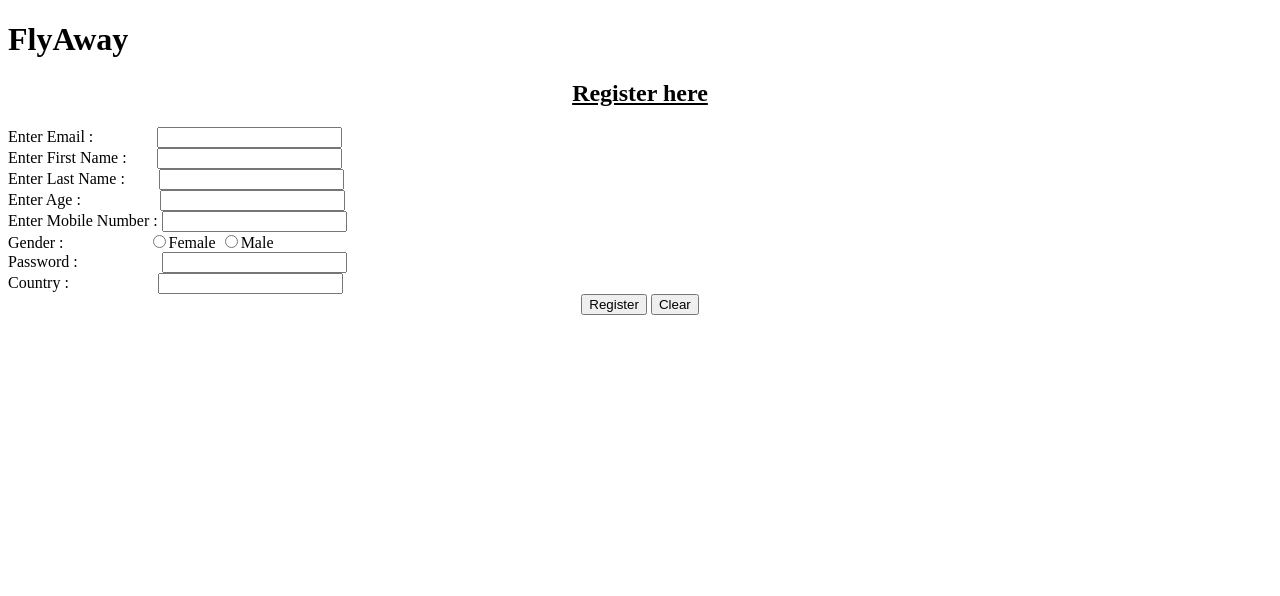
Repository: KartikMuchakandimath/Flyaway
Page: http://localhost/FlayAway/
The author's editor kept a copy of each file at every save. The page is drawn from the files as they stood at one save, then again after the next save.
The browser window is 1280 px wide. The pictures show the whole page.
The page is served by Tomcat 9. Other server files are loaded and not shown.

Above is the page before, as saved 2022-04-22 19:36:48.

### FlayAway/src/main/webapp/Registration.jsp
<%@ page language="java" contentType="text/html; charset=ISO-8859-1"
    pageEncoding="ISO-8859-1"%>
<!DOCTYPE html>
<html>
<head>
<meta charset="ISO-8859-1">
<title>Insert title here</title>
</head>
<body>
<div class="head">
	<h1>FlyAway</h1>
</div>
<div class="register-box">
	<div>
	<h2><center><u>Register here</u></center></h2>
	</div>
	<div>
		<form action="Register" method="post">
			<label style="padding-right: 60px;">Enter Email : </label><input type="email" name="email" required="required"><br>
			<label style="padding-right: 30px;">Enter First Name :</label><input type="text" name="fname" required="required"><br>
			<label style="padding-right: 30px;">Enter Last Name : </label><input type="text" name="lname" required="required"><br>
			<label style="padding-right: 75px;">Enter Age : </label><input type="number" name="age" maxlength="2" required="required">	<br>
			<label>Enter Mobile Number : </label><input type="text" name="contact" maxlength="10" required="required"><br>
			<label style="padding-right: 80px;">Gender : </label><span><input type="radio" name="gender" value="female">Female
				    	<input type="radio" name="gender" value="Male">Male</span><br/>
		    <label style="padding-right: 80px;">Password : </label><input type="password" name="password"><br/>
			<label style="padding-right: 85px;">Country : </label><input type="text" name="country" required="required"><br>

			<center><button type="submit">Register</button>		    <button type="reset">Clear</button>	</center>

		</form>
	</div>
</div>
</body>
</html>

After the next save:
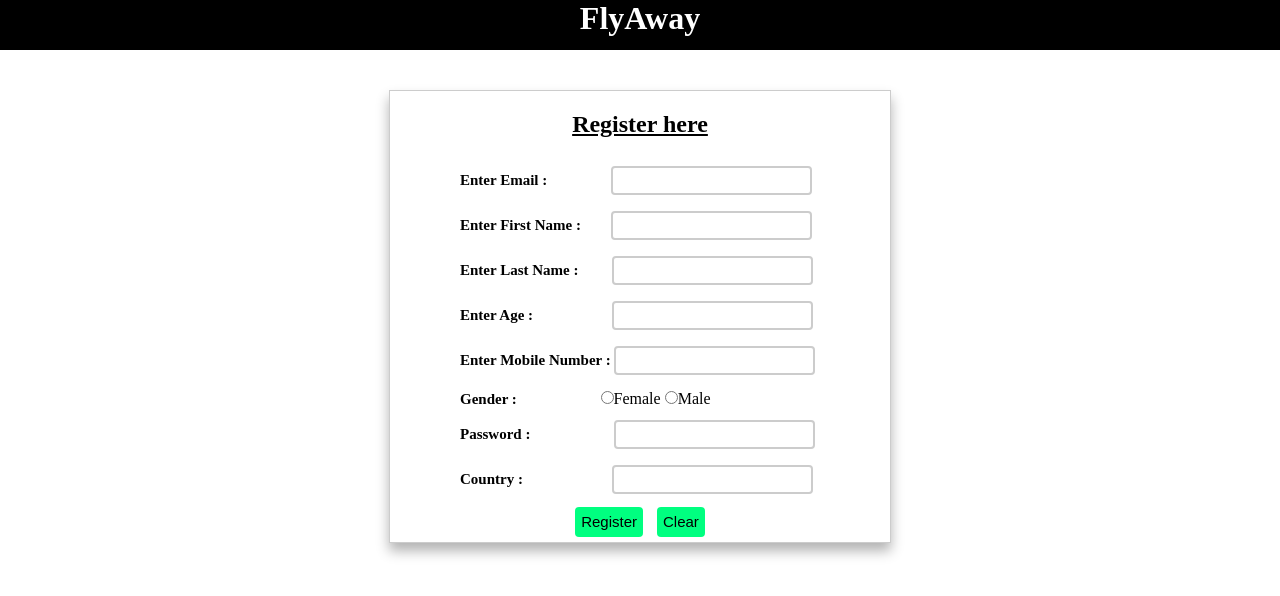
Saved 4 min 1 s later.
--- a/FlayAway/src/main/webapp/Registration.jsp
+++ b/FlayAway/src/main/webapp/Registration.jsp
@@ -3,8 +3,59 @@
 <!DOCTYPE html>
 <html>
 <head>
+
 <meta charset="ISO-8859-1">
-<title>Insert title here</title>
+<title>Register</title>
+<style>
+body{
+margin : 0;
+padding : 0;
+}
+.head{
+background-color : #000;
+color : #fff;
+height : 50px;
+}
+h1{
+	margin: auto;
+	font-family : "Times New Roman", Times, serif;
+	text-align : center;
+}
+.register-box{
+	margin :auto;
+	margin-top : 40px;
+	width : 500px;
+	border : 1px solid #ccc;
+	box-shadow : 0 8px 12px 0px rgba(0,0,0,0.3);
+	positive : absolute;
+}
+label{
+	font-weight : bold;
+	padding-left: 70px ;
+	font-size: 15px;
+
+}
+input{
+	padding: 5px 10px;
+  	margin: 8px 0;
+  	display: inline-block;
+  	border: 2px solid #ccc;
+  	border-radius: 4px;
+  	box-sizing: border-box;
+
+}
+button{
+  	border-radius: 4px;
+	border:none;
+	height: 30px;
+	display : inline-block;
+	font-size : 15px;
+	font-width : bold;
+	background-color: rgb(0, 255, 128);
+	margin : 5px;
+}
+</style>
+
 </head>
 <body>
 <div class="head">
